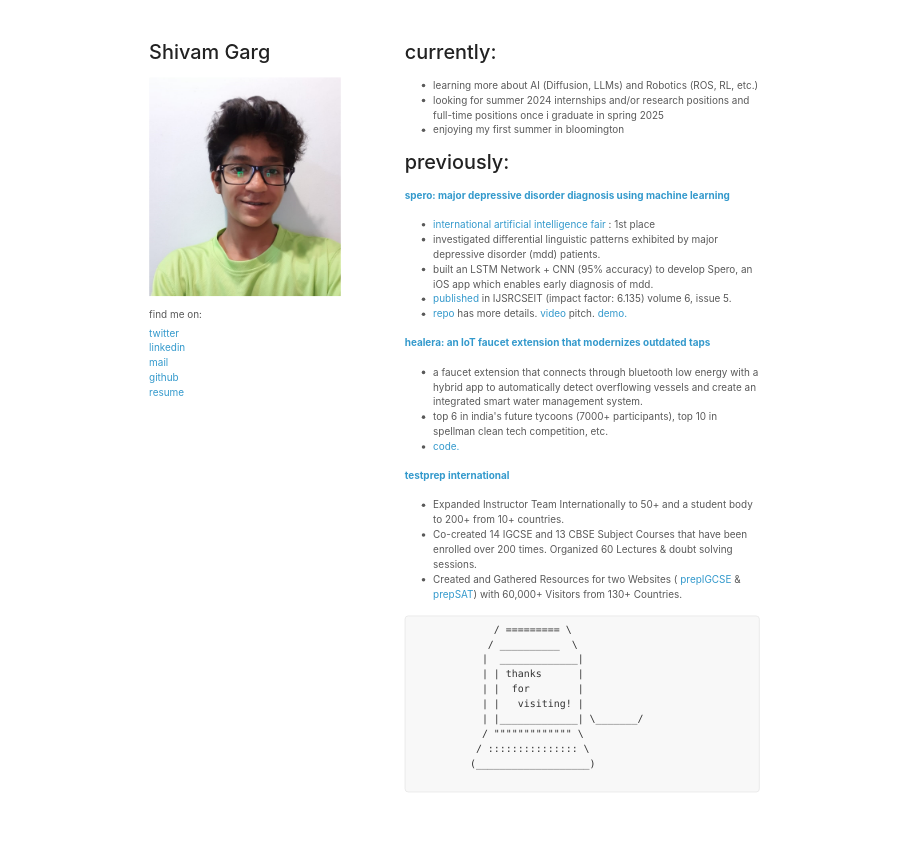
Repository: 22shivam/22shivam.github.io
Page: index.html
The author's editor kept a copy of each file at every save. The page is drawn from the files as they stood at one save, then again after the next save.
The browser window is 1280 px wide. The pictures show the whole page, at 71% of full size.

Above is the page before, as saved 2024-06-17 19:11:09.

### index.html
<!doctype html>
<html>

<head>
  <meta charset="utf-8">
  <meta http-equiv="X-UA-Compatible" content="chrome=1">
  <title>Shivam Garg</title>

  <link rel="apple-touch-icon" sizes="180x180" href="assets/favicon/apple-touch-icon.png">
  <link rel="icon" type="image/png" sizes="32x32" href="assets/favicon/favicon-32x32.png">
  <link rel="icon" type="image/png" sizes="16x16" href="assets/favicon/favicon-16x16.png">
  <link rel="manifest" href="assets/favicon/site.webmanifest">
  <title>Shivam Garg</title>
  <meta charset="utf-8">
  <meta name="description" content="hi i am shivam! i love making and learning about new things">
  <meta name="keywords" content="Shivam Garg, Shivam, Personal Website, smgarg, Shivam Manish Garg">
  <link rel="author" href="https://plus.google.com/{{googlePlusId}}" />
  <!-- TODO: fix link below -->
  <link rel="canonical" href="/" />
  <meta name="author" content="Shivam Garg">


  <link rel="stylesheet" href="css/styles.css">
  <link rel="stylesheet" href="css/pygment_trac.css">
  <meta name="viewport" content="width=device-width">
  <!--[if lt IE 9]>
    <script src="//html5shiv.googlecode.com/svn/trunk/html5.js"></script>
    <![endif]-->
</head>

<body>
  <div class="wrapper">
    <header>
      <h1>Shivam Garg</h1>
      <img src="assets/publicPhoto.jpeg" alt="Shivam Garg" height="" width="">
      <p style="margin-bottom: 5px; margin-top: 10px;">find me on:</p>
      <div class="view"><a href="https://twitter.com/smgarg_/" target="_blank">twitter</a></div>
      <div class="view"><a href="https://www.linkedin.com/in/shivammgarg" target="_blank">linkedin</a></div>
      <div class="view"><a href="mailto:shivamg2604@gmail.com" target="_blank">mail</a></div>
      <div class="view"><a href="https://github.com/22shivam/" target="_blank">github</a></div>
      <div class="view"><a href="/resume.pdf" target="_blank">resume</a></div>

    </header>
    <section>
      <h1>currently:</h1>

      <ul>
        <li>learning more about AI (Diffusion, LLMs) and Robotics (ROS, RL, etc.)</li>
        <li>looking for summer 2024 internships and/or research positions and full-time positions once i graduate in
          spring 2025</li>
        <li>enjoying my first summer in bloomington</li>
      </ul>


      <h1>previously:</h1>

      <p><a href="#"><b>spero: major depressive disorder diagnosis using machine learning</b></a></p>
      <ul>
        <li><a href="https://www.facebook.com/watch/?v=3315503535234343" target="_blanket">international artificial
            intelligence fair </a>: 1st place</li>
        <li> investigated differential linguistic patterns exhibited by major depressive disorder (mdd) patients. </li>
        <li> built an LSTM Network + CNN (95% accuracy) to develop Spero, an iOS app which enables early diagnosis of
          mdd. </li>
        <li> <a href="https://drive.google.com/file/d/13emORumQpy178YOz-o1TLWc3oEMG_0Zk/view?usp=sharing"
            target="_blank">published</a> in IJSRCSEIT (impact factor: 6.135) volume 6, issue 5. </li>
        <li><a href="https://github.com/yumibyte/DepressionAnalysisApp" target="_blank">repo</a> has more details. <a
            href="https://youtu.be/BRpB7O93rG8" target="_blank">video </a>pitch. <a
            href="https://drive.google.com/file/d/1xZBEsI2Kvl0hXr1HkGOkEOxA6GYMHvkU/view?usp=sharing"
            target="_blank">demo.</a></li>
      </ul>

      <p><a href="#"><b>healera: an IoT faucet extension that modernizes outdated taps</b></a></p>
      <ul>
        <li> a faucet extension that connects through bluetooth low energy with a hybrid app to automatically detect
          overflowing vessels and create an integrated smart water management system. </li>
        <li>top 6 in india's future tycoons (7000+ participants), top 10 in spellman clean tech competition, etc.</li>
        <li><a href="https://create.arduino.cc/editor/shivam26/1d686c51-6e04-4531-b3fc-80d3e8be87ea/preview"
            target="_blank">code.</a> </li>
      </ul>

      <p><a href="https://testprepintl.wixsite.com/testprep" target="_blank"><b>testprep international</b></a></p>
      <ul>
        <li>Expanded Instructor Team Internationally to 50+ and a student body to 200+ from 10+ countries.</li>
        <li>Co-created 14 IGCSE and 13 CBSE Subject Courses that have been enrolled over 200 times. Organized 60
          Lectures & doubt solving sessions. </li>
        <li>Created and Gathered Resources for two Websites ( <a href="https://igcse.school.blog/"
            target="_blank">prepIGCSE</a> & <a href="https://prepsatinfo.wordpress.com/" target="_blank">prepSAT</a>)
          with 60,000+ Visitors from 130+ Countries. </li>
      </ul>

      <!-- <p><a href="https://covidhope.litcot.org/" target="_blank"><b>the covidhope initiative</b></a></p>
      <ul>
        <li>recruited 17 editors and designers for the 216-page anthology and oversaw internal operations.</li>
        <li>released anthology in several online stores.</li>
        <li>recognised by <a
            href="https://www.unmgcy.org/youth-initiatives/2020/9/9/the-covidhope-initiative?fbclid=IwAR1hHeQ0HqLZF7lZqmeBwSabEhB1bpDe8zFZsVwr8dct0wwqOb93iT0AzrM"
            target="_blank">united nations major group for children and youth</a> and WHO's weekly operational update on
          covid-19 (<a
            href="https://www.who.int/publications/m/item/weekly-operational-update-on-covid-19---24-may-2021"
            target="_blank">issue 56</a>, page 7).</li>
      </ul> -->

      <!-- <p><a href="#"><b>this is actually a title placeholder</b></a></p>
        <ul>
            <li>bullet <b>1</b></li>
            <li>bullet 2</li>
            <li>bullet 3</li>
        </ul> -->

      <!-- <h1>essays:</h1>
      &#10024; fun stuff coming soon &#10024;
      <br>
      <br>

      <h1>reading list</h1>
      <ul>
        <li>the psychology of money by morgan housel </li>
        <li>the almanack of naval ravikant by eric jorgenson</li>
      </ul> -->

      <!-- <h1>random:</h1>
          <ul>
            <li>random 1:</li>
            <li>random 2:</li>
            <li>random 3:</li>
          </ul>

          <h1>features:</h1>
          <ul>
            <li>feature 1:</li>
            <li>feature 2:</li>
            <li>feature 3:</li>
          </ul>

          <h1>gallery:</h1>
          <ul>
            <li>feature 1:</li>
            <li>feature 2:</li>
            <li>feature 3:</li>
          </ul> -->




      <pre>
             / ========= \
            / __________  \
           |  _____________|
           | | thanks      |
           | |  for        |
           | |   visiting! |
           | |_____________| \_______/
           / """"""""""""" \
          / ::::::::::::::: \
         (___________________)
        </pre>
    </section>
    <footer>
      <!-- <p><small>Last Updated: August 21, 2021</small></p> -->
    </footer>
  </div>
  <script src="js/scale.fix.js"></script>
</body>

</html>

### css/styles.css
body {
  background-color: #fff;
  padding:50px;
  font: 14px/1.5 -apple-system, BlinkMacSystemFont, "Segoe UI", Roboto, Oxygen, Ubuntu, Cantarell, "Fira Sans", "Droid Sans", "Helvetica Neue", Arial, sans-serif, "Apple Color Emoji", "Segoe UI Emoji", "Segoe UI Symbol";
  color:#595959;
  font-weight:400;
}

h1, h2, h3, h4, h5, h6 {
  color:#222;
  margin:0 0 20px;
}

p, ul, ol, table, pre, dl {
  margin:0 0 20px;
}

h1, h2, h3 {
  line-height:1.1;
}

h1 {
  font-size:28px;
  font-weight: 500;
}

h2 {
  color:#393939;
  font-weight: 500;
}

h3, h4, h5, h6 {
  color:#494949;
  font-weight: 500;
}

a {
  color:#39c;
  text-decoration:none;
}

a:hover {
  color:#069;
}

a small {
  font-size:11px;
  color:#777;
  margin-top:-0.3em;
  display:block;
}

a:hover small {
  color:#777;
}

.wrapper {
  width:860px;
  margin:0 auto;
}

blockquote {
  border-left:1px solid #e5e5e5;
  margin:0;
  padding:0 0 0 20px;
  font-style:italic;
}

code, pre {
  font-family:Monaco, Bitstream Vera Sans Mono, Lucida Console, Terminal, Consolas, Liberation Mono, DejaVu Sans Mono, Courier New, monospace;
  color:#333;
}

pre {
  padding:8px 15px;
  background: #f8f8f8;
  border-radius:5px;
  border:1px solid #e5e5e5;
  overflow-x: auto;
}

table {
  width:100%;
  border-collapse:collapse;
}

th, td {
  text-align:left;
  padding:5px 10px;
  border-bottom:1px solid #e5e5e5;
}

dt {
  color:#444;
  font-weight:500;
}

th {
  color:#444;
}

img {
  max-width:100%;
}

header {
  width:270px;
  float:left;
  position:fixed;
  -webkit-font-smoothing:subpixel-antialiased;
}

header ul {
  list-style:none;
  height:40px;
  padding:0;
  background: #f4f4f4;
  border-radius:5px;
  border:1px solid #e0e0e0;
  width:270px;
}

header li {
  width:89px;
  float:left;
  border-right:1px solid #e0e0e0;
  height:40px;
}

header li:first-child a {
  border-radius:5px 0 0 5px;
}

header li:last-child a {
  border-radius:0 5px 5px 0;
}

header ul a {
  line-height:1;
  font-size:11px;
  color:#999;
  display:block;
  text-align:center;
  padding-top:6px;
  height:34px;
}

header ul a:hover {
  color:#999;
}

header ul a:active {
  background-color:#f0f0f0;
}

strong {
  color:#222;
  font-weight:500;
}

header ul li + li + li {
  border-right:none;
  width:89px;
}

header ul a strong {
  font-size:14px;
  display:block;
  color:#222;
}

section {
  width:500px;
  float:right;
  padding-bottom:50px;
}

small {
  font-size:11px;
}

hr {
  border:0;
  background:#e5e5e5;
  height:1px;
  margin:0 0 20px;
}

footer {
  width:270px;
  float:left;
  position:fixed;
  bottom:50px;
  -webkit-font-smoothing:subpixel-antialiased;
}

@media print, screen and (max-width: 960px) {

  div.wrapper {
    width:auto;
    margin:0;
  }

  header, section, footer {
    float:none;
    position:static;
    width:auto;
  }

  header {
    padding-right:320px;
  }

  section {
    border:1px solid #e5e5e5;
    border-width:1px 0;
    padding:20px 0;
    margin:0 0 20px;
  }

  header a small {
    display:inline;
  }

  header ul {
    position:absolute;
    right:50px;
    top:52px;
  }
}

@media print, screen and (max-width: 720px) {
  body {
    word-wrap:break-word;
  }

  header {
    padding:0;
  }

  header ul, header p.view {
    position:static;
  }

  pre, code {
    word-wrap:normal;
  }
}

@media print, screen and (max-width: 480px) {
  body {
    padding:15px;
  }

  header ul {
    width:99%;
  }

  header li, header ul li + li + li {
    width:33%;
  }
}

@media print {
  body {
    padding:0.4in;
    font-size:12pt;
    color:#444;
  }
}

### css/pygment_trac.css
.highlight  { background: #ffffff; }
.highlight .c { color: #999988; font-style: italic } /* Comment */
.highlight .err { color: #a61717; background-color: #e3d2d2 } /* Error */
.highlight .k { font-weight: bold } /* Keyword */
.highlight .o { font-weight: bold } /* Operator */
.highlight .cm { color: #999988; font-style: italic } /* Comment.Multiline */
.highlight .cp { color: #999999; font-weight: bold } /* Comment.Preproc */
.highlight .c1 { color: #999988; font-style: italic } /* Comment.Single */
.highlight .cs { color: #999999; font-weight: bold; font-style: italic } /* Comment.Special */
.highlight .gd { color: #000000; background-color: #ffdddd } /* Generic.Deleted */
.highlight .gd .x { color: #000000; background-color: #ffaaaa } /* Generic.Deleted.Specific */
.highlight .ge { font-style: italic } /* Generic.Emph */
.highlight .gr { color: #aa0000 } /* Generic.Error */
.highlight .gh { color: #999999 } /* Generic.Heading */
.highlight .gi { color: #000000; background-color: #ddffdd } /* Generic.Inserted */
.highlight .gi .x { color: #000000; background-color: #aaffaa } /* Generic.Inserted.Specific */
.highlight .go { color: #888888 } /* Generic.Output */
.highlight .gp { color: #555555 } /* Generic.Prompt */
.highlight .gs { font-weight: bold } /* Generic.Strong */
.highlight .gu { color: #800080; font-weight: bold; } /* Generic.Subheading */
.highlight .gt { color: #aa0000 } /* Generic.Traceback */
.highlight .kc { font-weight: bold } /* Keyword.Constant */
.highlight .kd { font-weight: bold } /* Keyword.Declaration */
.highlight .kn { font-weight: bold } /* Keyword.Namespace */
.highlight .kp { font-weight: bold } /* Keyword.Pseudo */
.highlight .kr { font-weight: bold } /* Keyword.Reserved */
.highlight .kt { color: #445588; font-weight: bold } /* Keyword.Type */
.highlight .m { color: #009999 } /* Literal.Number */
.highlight .s { color: #d14 } /* Literal.String */
.highlight .na { color: #008080 } /* Name.Attribute */
.highlight .nb { color: #0086B3 } /* Name.Builtin */
.highlight .nc { color: #445588; font-weight: bold } /* Name.Class */
.highlight .no { color: #008080 } /* Name.Constant */
.highlight .ni { color: #800080 } /* Name.Entity */
.highlight .ne { color: #990000; font-weight: bold } /* Name.Exception */
.highlight .nf { color: #990000; font-weight: bold } /* Name.Function */
.highlight .nn { color: #555555 } /* Name.Namespace */
.highlight .nt { color: #000080 } /* Name.Tag */
.highlight .nv { color: #008080 } /* Name.Variable */
.highlight .ow { font-weight: bold } /* Operator.Word */
.highlight .w { color: #bbbbbb } /* Text.Whitespace */
.highlight .mf { color: #009999 } /* Literal.Number.Float */
.highlight .mh { color: #009999 } /* Literal.Number.Hex */
.highlight .mi { color: #009999 } /* Literal.Number.Integer */
.highlight .mo { color: #009999 } /* Literal.Number.Oct */
.highlight .sb { color: #d14 } /* Literal.String.Backtick */
.highlight .sc { color: #d14 } /* Literal.String.Char */
.highlight .sd { color: #d14 } /* Literal.String.Doc */
.highlight .s2 { color: #d14 } /* Literal.String.Double */
.highlight .se { color: #d14 } /* Literal.String.Escape */
.highlight .sh { color: #d14 } /* Literal.String.Heredoc */
.highlight .si { color: #d14 } /* Literal.String.Interpol */
.highlight .sx { color: #d14 } /* Literal.String.Other */
.highlight .sr { color: #009926 } /* Literal.String.Regex */
.highlight .s1 { color: #d14 } /* Literal.String.Single */
.highlight .ss { color: #990073 } /* Literal.String.Symbol */
.highlight .bp { color: #999999 } /* Name.Builtin.Pseudo */
.highlight .vc { color: #008080 } /* Name.Variable.Class */
.highlight .vg { color: #008080 } /* Name.Variable.Global */
.highlight .vi { color: #008080 } /* Name.Variable.Instance */
.highlight .il { color: #009999 } /* Literal.Number.Integer.Long */

.type-csharp .highlight .k { color: #0000FF }
.type-csharp .highlight .kt { color: #0000FF }
.type-csharp .highlight .nf { color: #000000; font-weight: normal }
.type-csharp .highlight .nc { color: #2B91AF }
.type-csharp .highlight .nn { color: #000000 }
.type-csharp .highlight .s { color: #A31515 }
.type-csharp .highlight .sc { color: #A31515 }

Loaded but not shown: js/scale.fix.js (common file)

After the next save:
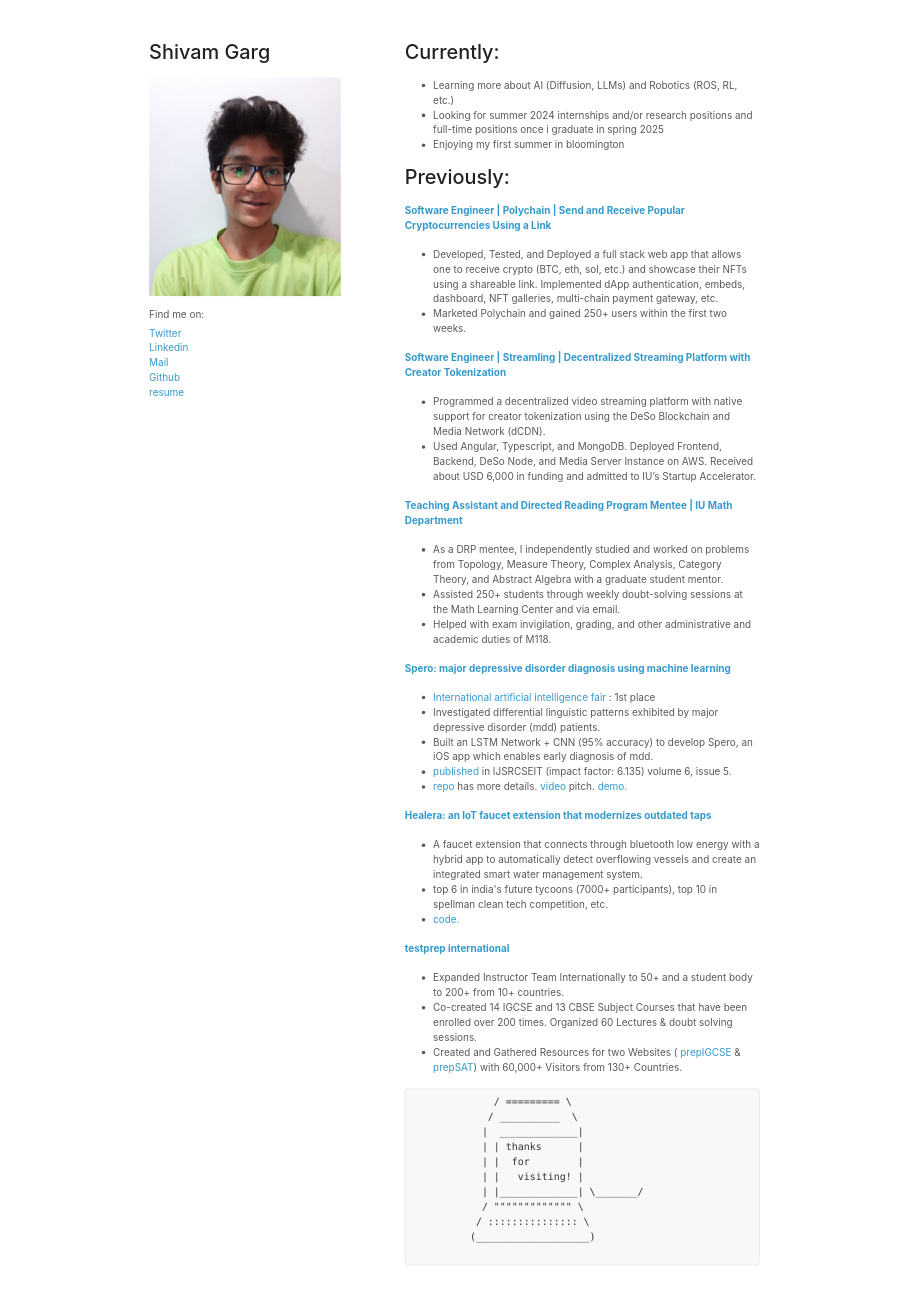
Saved 6 min 0 s later.
--- a/index.html
+++ b/index.html
@@ -33,33 +33,61 @@
     <header>
       <h1>Shivam Garg</h1>
       <img src="assets/publicPhoto.jpeg" alt="Shivam Garg" height="" width="">
-      <p style="margin-bottom: 5px; margin-top: 10px;">find me on:</p>
-      <div class="view"><a href="https://twitter.com/smgarg_/" target="_blank">twitter</a></div>
-      <div class="view"><a href="https://www.linkedin.com/in/shivammgarg" target="_blank">linkedin</a></div>
-      <div class="view"><a href="mailto:shivamg2604@gmail.com" target="_blank">mail</a></div>
-      <div class="view"><a href="https://github.com/22shivam/" target="_blank">github</a></div>
+      <p style="margin-bottom: 5px; margin-top: 10px;">Find me on:</p>
+      <div class="view"><a href="https://twitter.com/smgarg_/" target="_blank">Twitter</a></div>
+      <div class="view"><a href="https://www.linkedin.com/in/shivammgarg" target="_blank">Linkedin</a></div>
+      <div class="view"><a href="mailto:shivamg2604@gmail.com" target="_blank">Mail</a></div>
+      <div class="view"><a href="https://github.com/22shivam/" target="_blank">Github</a></div>
       <div class="view"><a href="/resume.pdf" target="_blank">resume</a></div>
 
     </header>
     <section>
-      <h1>currently:</h1>
+      <h1>Currently:</h1>
 
       <ul>
-        <li>learning more about AI (Diffusion, LLMs) and Robotics (ROS, RL, etc.)</li>
-        <li>looking for summer 2024 internships and/or research positions and full-time positions once i graduate in
+        <li>Learning more about AI (Diffusion, LLMs) and Robotics (ROS, RL, etc.)</li>
+        <li>Looking for summer 2024 internships and/or research positions and full-time positions once i graduate in
           spring 2025</li>
-        <li>enjoying my first summer in bloomington</li>
+        <li>Enjoying my first summer in bloomington</li>
       </ul>
 
 
-      <h1>previously:</h1>
+      <h1>Previously:</h1>
 
-      <p><a href="#"><b>spero: major depressive disorder diagnosis using machine learning</b></a></p>
+      <p><a href="#"><b>Software Engineer | Polychain | Send and Receive Popular Cryptocurrencies Using a Link</b></a>
+      </p>
       <ul>
-        <li><a href="https://www.facebook.com/watch/?v=3315503535234343" target="_blanket">international artificial
+        <li> Developed, Tested, and Deployed a full stack web app that allows one to receive crypto (BTC, eth, sol,
+          etc.) and
+          showcase their NFTs using a shareable link. Implemented dApp authentication, embeds, dashboard, NFT galleries,
+          multi-chain payment gateway, etc. </li>
+        <li>Marketed Polychain and gained 250+ users within the first two weeks.</li>
+      </ul>
+
+      <p><a href="#"><b>Software Engineer | Streamling | Decentralized Streaming Platform with Creator
+            Tokenization</b></a></p>
+      <ul>
+        <li>Programmed a decentralized video streaming platform with native support for creator tokenization using the
+          DeSo
+          Blockchain and Media Network (dCDN). </li>
+        <li>Used Angular, Typescript, and MongoDB. Deployed Frontend, Backend, DeSo Node, and Media Server Instance on
+          AWS. Received about USD 6,000 in funding and admitted to IU’s Startup Accelerator.</li>
+      </ul>
+
+      <p><a href="#"><b>Teaching Assistant and Directed Reading Program Mentee | IU Math Department</b></a></p>
+      <ul>
+        <li>As a DRP mentee, I independently studied and worked on problems from Topology, Measure Theory, Complex
+          Analysis, Category Theory, and Abstract Algebra with a graduate student mentor. </li>
+        <li>Assisted 250+ students through weekly doubt-solving sessions at the Math Learning Center and via email.</li>
+        <li>Helped with exam invigilation, grading, and other administrative and academic duties of M118.</li>
+      </ul>
+
+      <p><a href="#"><b>Spero: major depressive disorder diagnosis using machine learning</b></a></p>
+      <ul>
+        <li><a href="https://www.facebook.com/watch/?v=3315503535234343" target="_blanket">International artificial
             intelligence fair </a>: 1st place</li>
-        <li> investigated differential linguistic patterns exhibited by major depressive disorder (mdd) patients. </li>
-        <li> built an LSTM Network + CNN (95% accuracy) to develop Spero, an iOS app which enables early diagnosis of
+        <li> Investigated differential linguistic patterns exhibited by major depressive disorder (mdd) patients. </li>
+        <li> Built an LSTM Network + CNN (95% accuracy) to develop Spero, an iOS app which enables early diagnosis of
           mdd. </li>
         <li> <a href="https://drive.google.com/file/d/13emORumQpy178YOz-o1TLWc3oEMG_0Zk/view?usp=sharing"
             target="_blank">published</a> in IJSRCSEIT (impact factor: 6.135) volume 6, issue 5. </li>
@@ -69,9 +97,9 @@
             target="_blank">demo.</a></li>
       </ul>
 
-      <p><a href="#"><b>healera: an IoT faucet extension that modernizes outdated taps</b></a></p>
+      <p><a href="#"><b>Healera: an IoT faucet extension that modernizes outdated taps</b></a></p>
       <ul>
-        <li> a faucet extension that connects through bluetooth low energy with a hybrid app to automatically detect
+        <li> A faucet extension that connects through bluetooth low energy with a hybrid app to automatically detect
           overflowing vessels and create an integrated smart water management system. </li>
         <li>top 6 in india's future tycoons (7000+ participants), top 10 in spellman clean tech competition, etc.</li>
         <li><a href="https://create.arduino.cc/editor/shivam26/1d686c51-6e04-4531-b3fc-80d3e8be87ea/preview"
